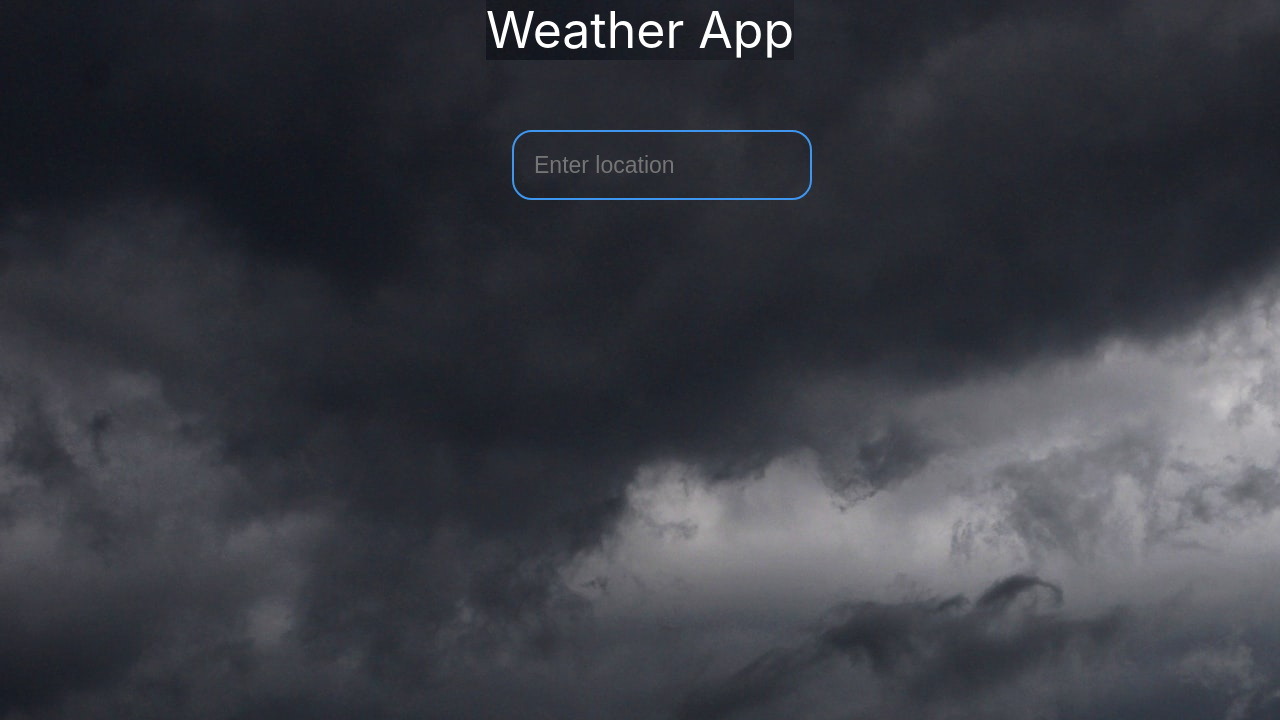
Repository: RenataDzotova/WeatherForecast
Page: /
These files come from the project's save history. The page is drawn as it stood at one moment and after the next save; the edit follows.
The browser window is 1280 px wide. The pictures show the whole page.
The project was rebuilt for these pictures with package versions that can differ from the ones it lists, and the page was loaded fresh each time. The framework's server and built-in components were replaced by stand-ins that run in the browser. Also part of the build but not shown: next.config.js, styles/Home.module.css.

Above is the page before, as saved 2023-01-19 16:19:43.

After the next save:
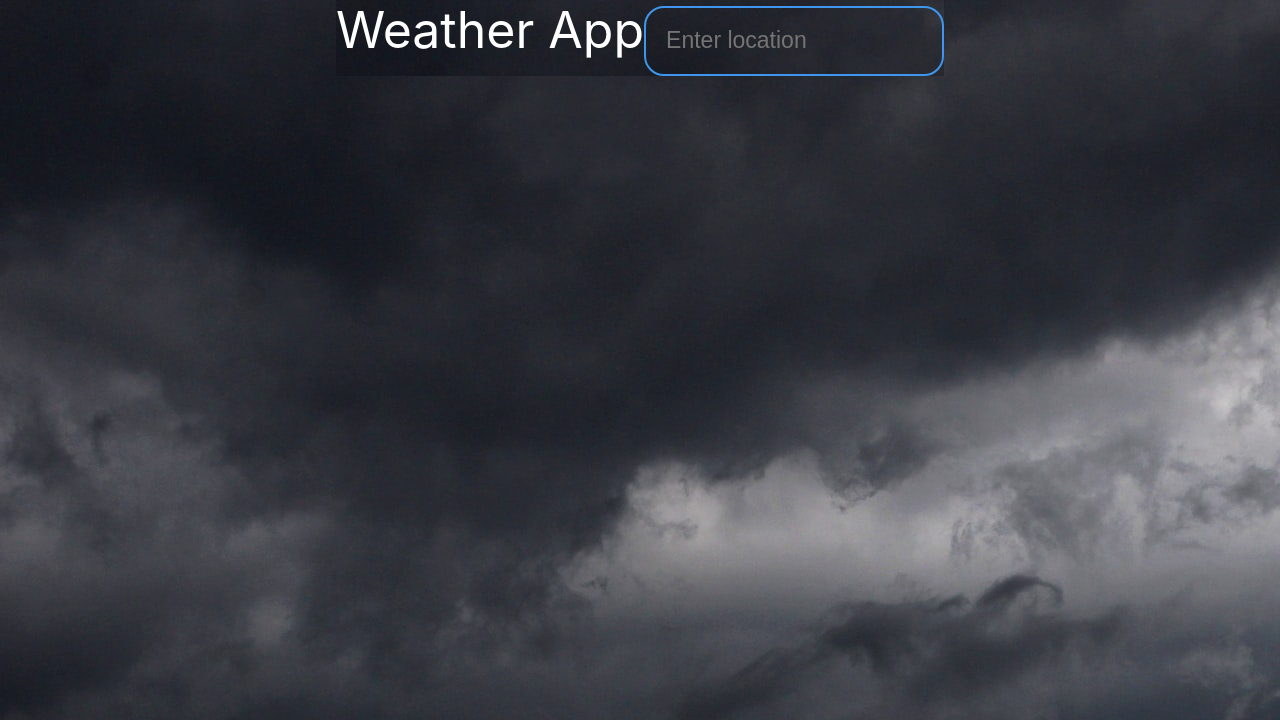
Saved 60 s later.
--- a/pages/index.js
+++ b/pages/index.js
@@ -70,7 +70,7 @@
           placeholder="Enter location"
           onKeyDown={searchLocation}
           type="text"
-          style={{position:"absolute", top:"130px", left:"40%" }}
+
         >
         </input>
 

After the 2 saves that followed:
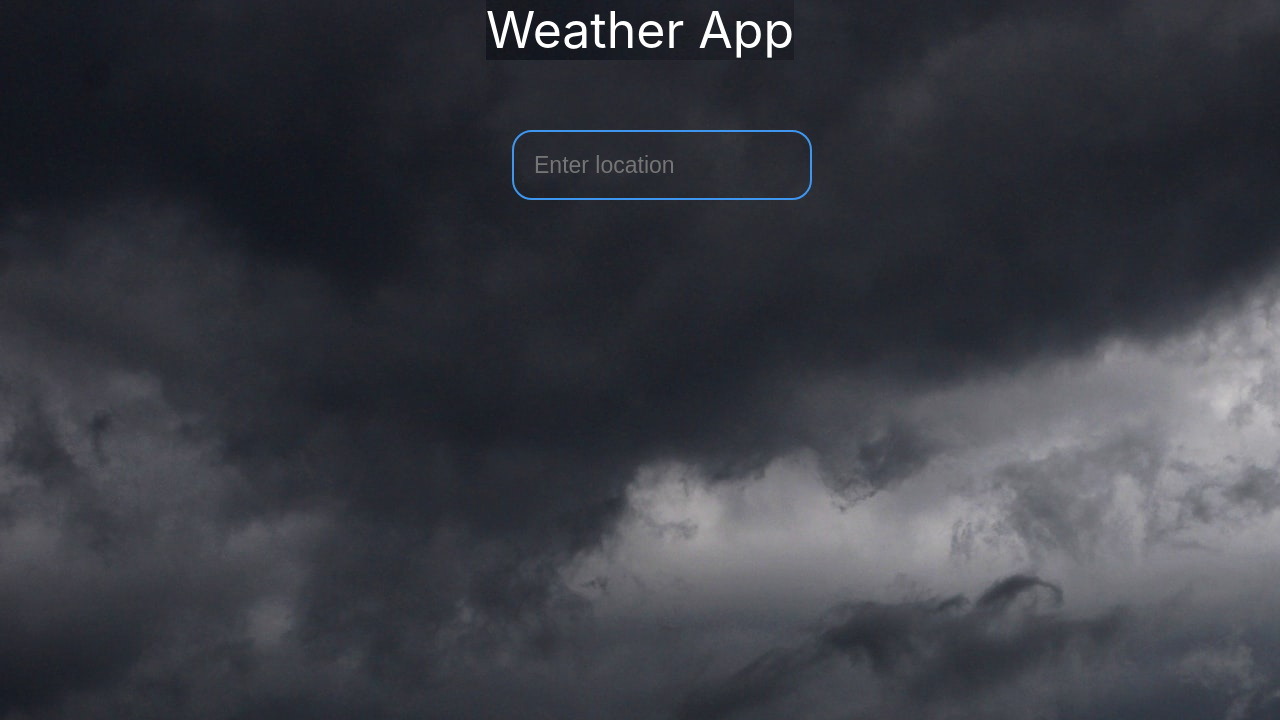
The 2 saves are shown as one change because 1 left the picture as it was.
The last was saved 3 min 21 s later.
--- a/pages/index.js
+++ b/pages/index.js
@@ -70,7 +70,7 @@
           placeholder="Enter location"
           onKeyDown={searchLocation}
           type="text"
-
+          style={{position:"absolute", top:"130px", left:"40%" }}
         >
         </input>
 
--- a/styles/globals.css
+++ b/styles/globals.css
@@ -8,6 +8,7 @@ body {
   display: flex;
   justify-content: center;
   align-items: center;
+  flex-direction: column;
 }
 
 .titleText{
